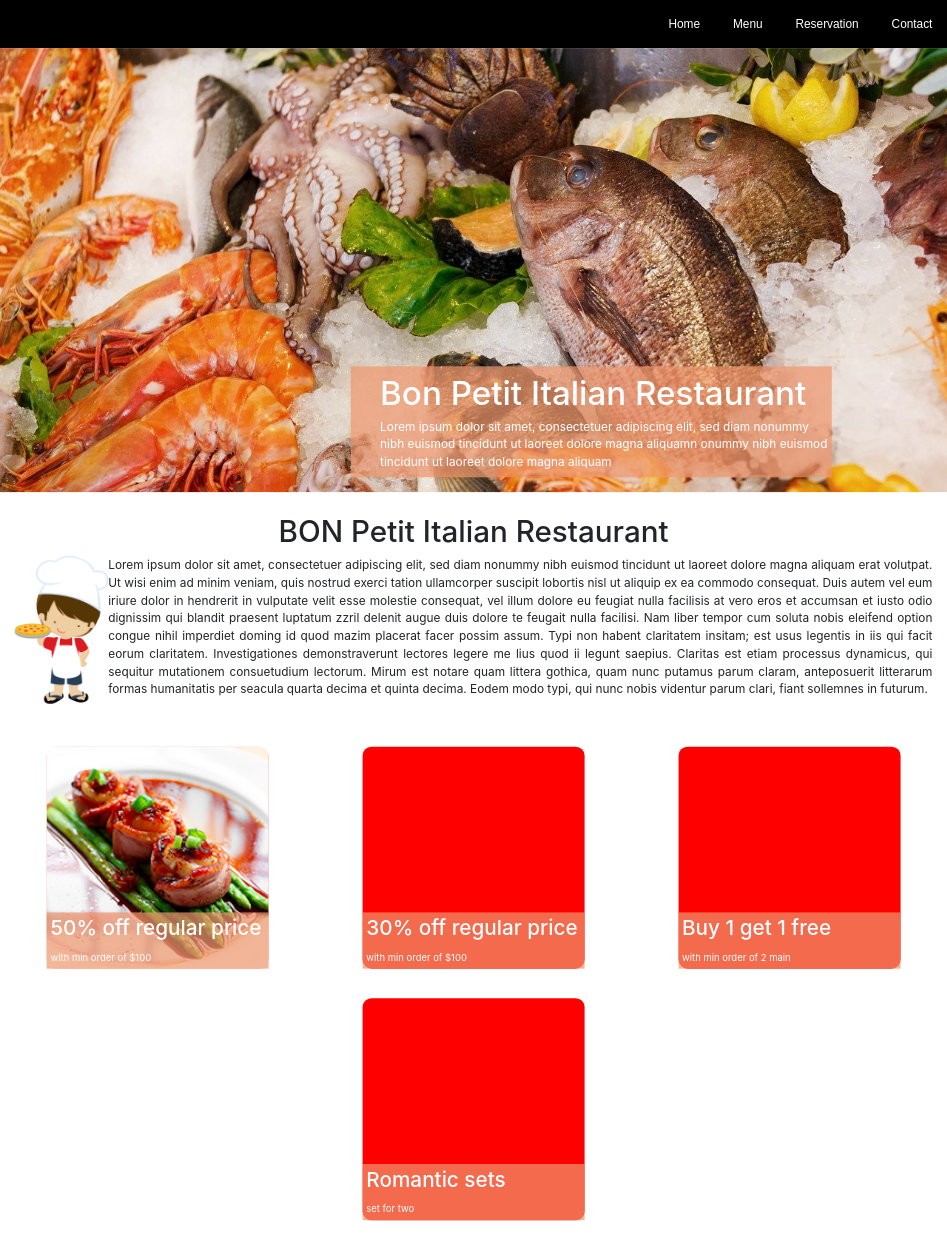
Repository: 4forces/HTML-CSS-LESSON
Page: mock-up-project.html
The author's editor kept a record of every edit. The page is drawn from the files as they stood at one moment, then again after the next edit.
The browser window is 1280 px wide. The pictures show the whole page, at 74% of full size.

Above is the page before.

### mock-up-project.html
<!doctype html>
<html lang="en">
  <head>
    <!-- Required meta tags -->
    <meta charset="utf-8">
    <meta name="viewport" content="width=device-width, initial-scale=1, shrink-to-fit=no">

    <!-- Bootstrap CSS -->
    <link rel="stylesheet" href="https://stackpath.bootstrapcdn.com/bootstrap/4.5.0/css/bootstrap.min.css" integrity="sha384-9aIt2nRpC12Uk9gS9baDl411NQApFmC26EwAOH8WgZl5MYYxFfc+NcPb1dKGj7Sk" crossorigin="anonymous">

    <link rel="stylesheet" href="styles/mock-up.css" type="text/css" />
    <title>Hello, world!</title>
  </head>
  <body>
    <header>
        <nav>
            <ul>
                <li><a href=''>Home</a></li>
                <li><a href=''>Menu</a></li>
                <li><a href=''>Reservation</a></li>
                <li><a href=''>Contact</a></li>
            </ul>
        </nav>
    </header>

    <div id="hero-image">
        <div>&nbsp</div>
        <div id='callout'>
            <h1>Bon Petit Italian Restaurant</h1>
            <p>Lorem ipsum dolor sit amet, consectetuer adipiscing elit,
            sed diam nonummy nibh euismod tincidunt ut laoreet dolore
            magna aliquamn onummy nibh euismod tincidunt ut laoreet dolore
            magna aliquam</p>
        </div>
    </div>

    <main id='section-about'>
        <h1>BON Petit Italian Restaurant</h1>
        <img src="images/boy_chef.png" alt=''/>
        <p>Lorem ipsum dolor sit amet, consectetuer adipiscing elit,
        sed diam nonummy nibh euismod tincidunt ut laoreet dolore
        magna aliquam erat volutpat. Ut wisi enim ad minim veniam,
        quis nostrud exerci tation ullamcorper suscipit lobortis nisl
        ut aliquip ex ea commodo consequat. Duis autem vel eum iriure
        dolor in hendrerit in vulputate velit esse molestie consequat,
        vel illum dolore eu feugiat nulla facilisis at vero eros et
        accumsan et iusto odio dignissim qui blandit praesent luptatum
        zzril delenit augue duis dolore te feugait nulla facilisi.
        Nam liber tempor cum soluta nobis eleifend option congue
        nihil imperdiet doming id quod mazim placerat facer possim
        assum. Typi non habent claritatem insitam; est usus legentis
        in iis qui facit eorum claritatem. Investigationes
        demonstraverunt lectores legere me lius quod ii legunt saepius.
        Claritas est etiam processus dynamicus, qui sequitur mutationem
        consuetudium lectorum. Mirum est notare quam littera gothica,
        quam nunc putamus parum claram, anteposuerit litterarum formas
        humanitatis per seacula quarta decima et quinta decima. Eodem
        modo typi, qui nunc nobis videntur parum clari, fiant sollemnes
        in futurum.</p>

    </main>

    <!--section-promotion dishes-->
    <div id='section-promo'>
        <div class="promo-1 promo-frame">
            <div class='promo'>
                <h3>50% off regular price</h3>
                <small>with min order of $100</small>
            </div>
        </div>
        <div class="promo-2 promo-frame">
            <div class='promo'>
                <h3>30% off regular price</h3>
                <small>with min order of $100</small>
            </div>
        </div>
        <div class="promo-3 promo-frame">
            <div class='promo'>
                <h3>Buy 1 get 1 free</h3>
                <small>with min order of 2 main</small>
            </div>
        </div>
        <div class="promo-4 promo-frame">
            <div class='promo'>
                <h3>Romantic sets</h3>
                <small>set for two</small>
            </div>
        </div>

    </div>
    <!--reviews by customer    -->

    <!--reservation form-->

    <!--footer to social media-->

    <!-- Optional JavaScript -->
    <!-- jQuery first, then Popper.js, then Bootstrap JS -->
    <script src="https://code.jquery.com/jquery-3.5.1.slim.min.js" integrity="sha384-DfXdz2htPH0lsSSs5nCTpuj/zy4C+OGpamoFVy38MVBnE+IbbVYUew+OrCXaRkfj" crossorigin="anonymous"></script>
    <script src="https://cdn.jsdelivr.net/npm/popper.js@1.16.0/dist/umd/popper.min.js" integrity="sha384-Q6E9RHvbIyZFJoft+2mJbHaEWldlvI9IOYy5n3zV9zzTtmI3UksdQRVvoxMfooAo" crossorigin="anonymous"></script>
    <script src="https://stackpath.bootstrapcdn.com/bootstrap/4.5.0/js/bootstrap.min.js" integrity="sha384-OgVRvuATP1z7JjHLkuOU7Xw704+h835Lr+6QL9UvYjZE3Ipu6Tp75j7Bh/kR0JKI" crossorigin="anonymous"></script>
  </body>
</html>

### styles/mock-up.css
body{
    margin : 0;
    padding: 0;
}
/*Navbar */
nav ul {
    background-color: black;
    margin:0;
    padding:0;
    text-align: right;
}
nav li {
    display: inline-block ; /* block inline inline-block flex... */
    padding : 20px;
}
nav  a{
    text-decoration: none;
    color : white;
    cursor: crosshair;
    font-family: 'Montserrat', sans-serif;

}
/*end of navbar */
#hero-image {
    height: 600px;
    background-image: url(../images/seafood-banner.jpg);
    background-repeat: no-repeat;
    background-position: 60% 0%;
    background-size: cover;
    position: relative;

    display : flex;
    justify-content: space-around;
    align-items:flex-end;
}
#callout {
    width :650px;
    height: 150px;
    background-color: rgba(240, 151, 110, 0.7);
    padding-top : 10px;
    padding-left: 40px;
    padding-right: 5px;
    color : white;

    margin-bottom: 20px;
}
#callout h1 {
    font-size: 280%;
    margin-bottom: 5px;
}

/*section about*/
#section-about {
    padding: 30px 20px;
    text-align: center;
    min-height :300px;
}
#section-about img {
    height :200px;
    float : left;
}
#section-about p {
    text-align: justify;
}


#section-promo {
    min-height: 300px;
    display: flex;
    justify-content : space-around;
    flex-wrap : wrap;
}
.promo-1 {
    background-image: url(../images/smoked_duck_scallops_with_XO_sauce.jpg);
}
.promo-1 {
    background-image: url(../images/smoked_duck_scallops_with_XO_sauce.jpg);
}
.promo-1 {
    background-image: url(../images/smoked_duck_scallops_with_XO_sauce.jpg);
}
.promo-1 {
    background-image: url(../images/smoked_duck_scallops_with_XO_sauce.jpg);
}
.promo-frame{
    background-position: center;
    background-repeat: no-repeat;
    background-size: cover;
    height: 300px;
    width : 300px;
    background-color: red;
    margin : 20px;
    border-radius: 12px;

    display : flex;
    align-items: flex-end;
}
.promo {
    padding : 5px;
    background-color: rgba(240, 151, 110, 0.7);
    color:white;
    width:100%;
}

After the next edit:
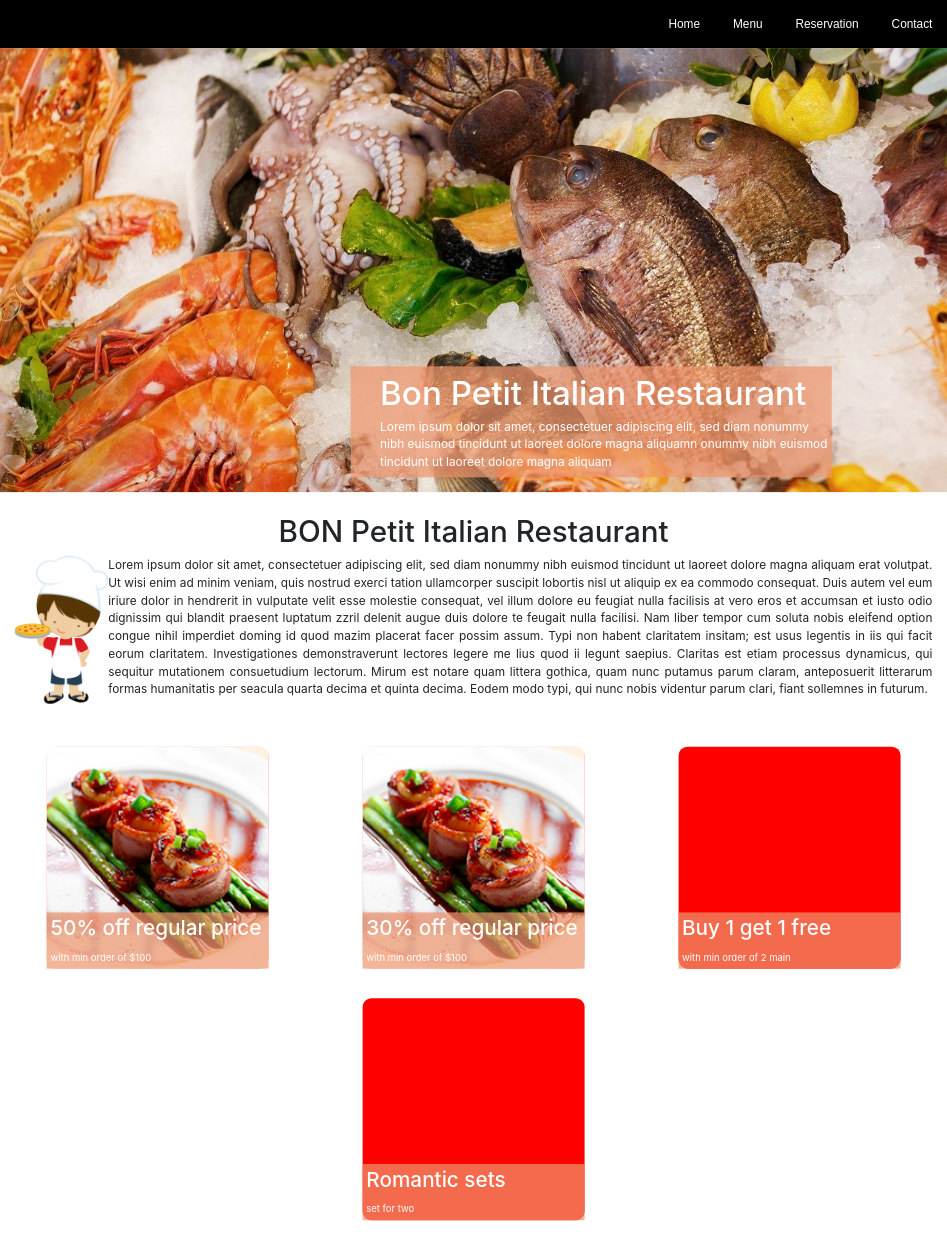
The edit:
--- a/styles/mock-up.css
+++ b/styles/mock-up.css
@@ -73,7 +73,7 @@
 .promo-1 {
     background-image: url(../images/smoked_duck_scallops_with_XO_sauce.jpg);
 }
-.promo-1 {
+.promo-2 {
     background-image: url(../images/smoked_duck_scallops_with_XO_sauce.jpg);
 }
 .promo-1 {
